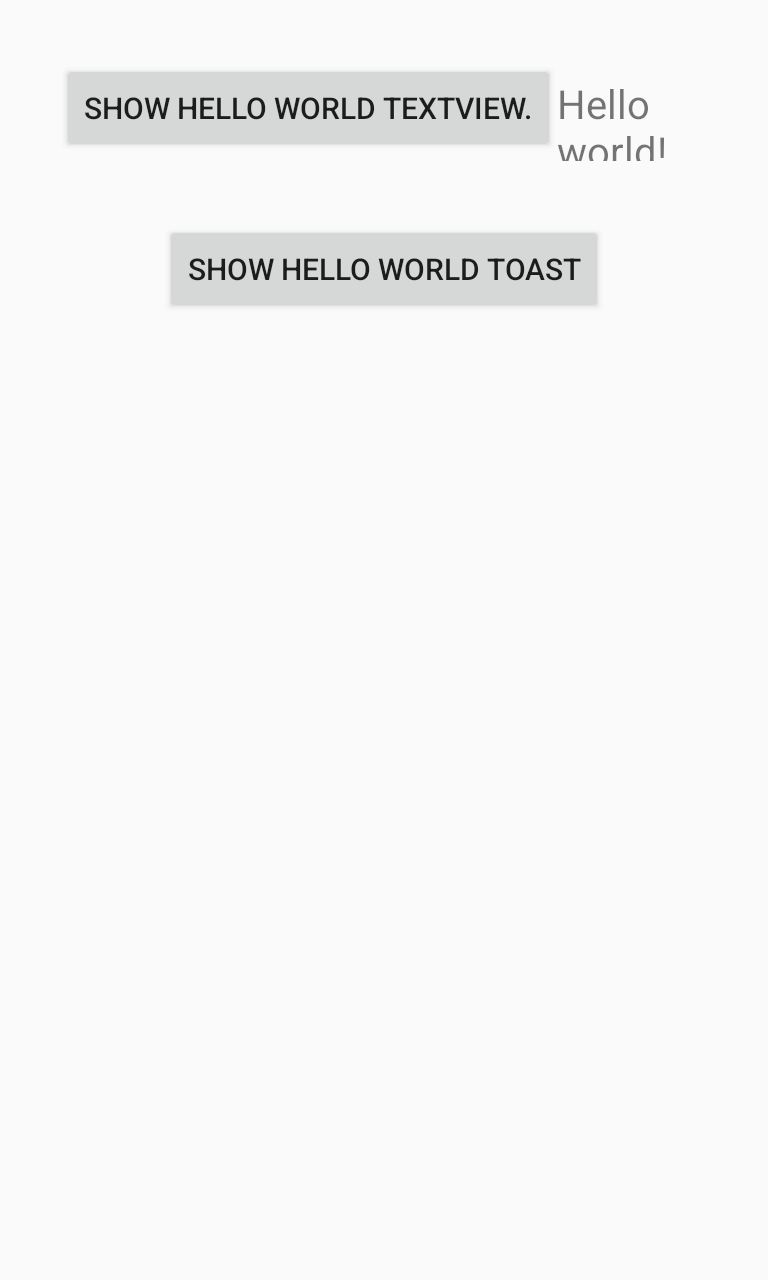
Repository: JoanneCaroll/EventHandling
Layout: EventHandling/res/layout/activity_main.xml
These files come from the project's save history. The layout is drawn as it stood at one moment and after a run of saves; the edit follows.
It is drawn on a 768 x 1280 px phone screen (xhdpi) without system bars, with theme AppTheme; the app's code is not run.

Above is the layout before, as saved 2014-10-28 07:03:26.

After the next 2 saves:
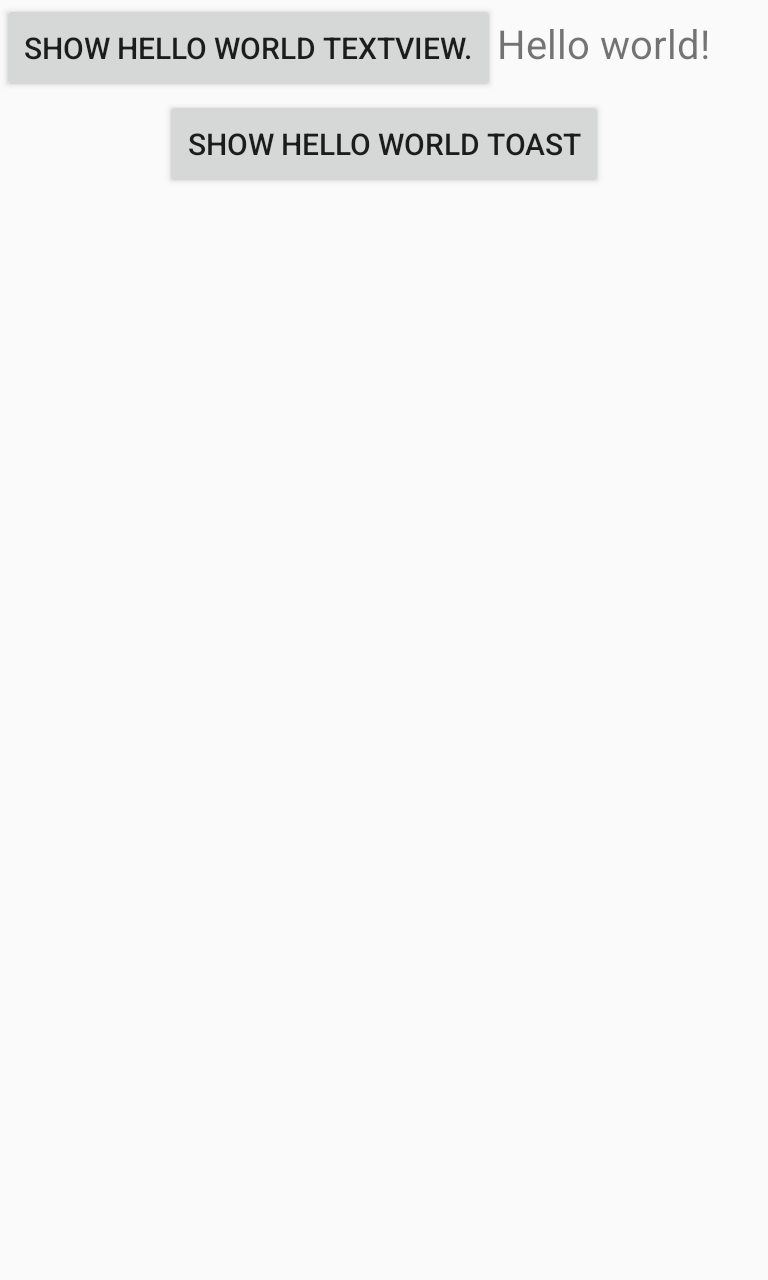
The 2 saves are shown as one change because 1 did not build or start.
The last was saved 17 s later.
--- a/EventHandling/res/layout/activity_main.xml
+++ b/EventHandling/res/layout/activity_main.xml
@@ -7,8 +7,7 @@
     <LinearLayout
             android:layout_width="match_parent"
 		    android:layout_height="wrap_content"
-		    android:orientation="horizontal"
-		    android:padding="30dp">
+		    android:orientation="horizontal">
 
 	    <Button
 	        android:id="@+id/showText"
